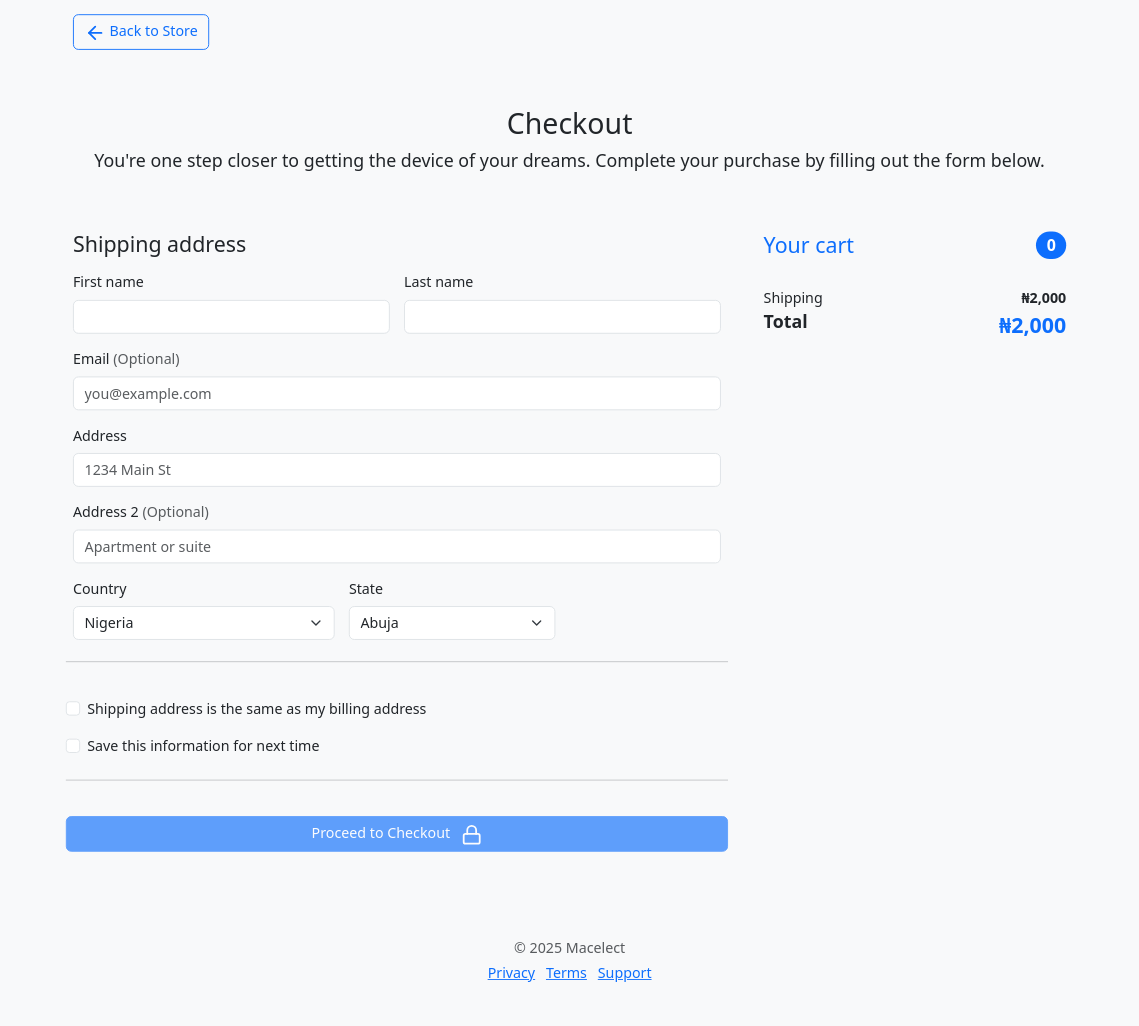
Repository: Davidobi21/macelect
Page: frontend/pages/checkout.html
These files come from the project's save history. The page is drawn as it stood at one moment and after the next save; the edit follows.
The browser window is 1280 px wide. The pictures show the whole page, at 89% of full size.

Above is the page before, as saved 2025-05-06 09:51:11.

After the next save:
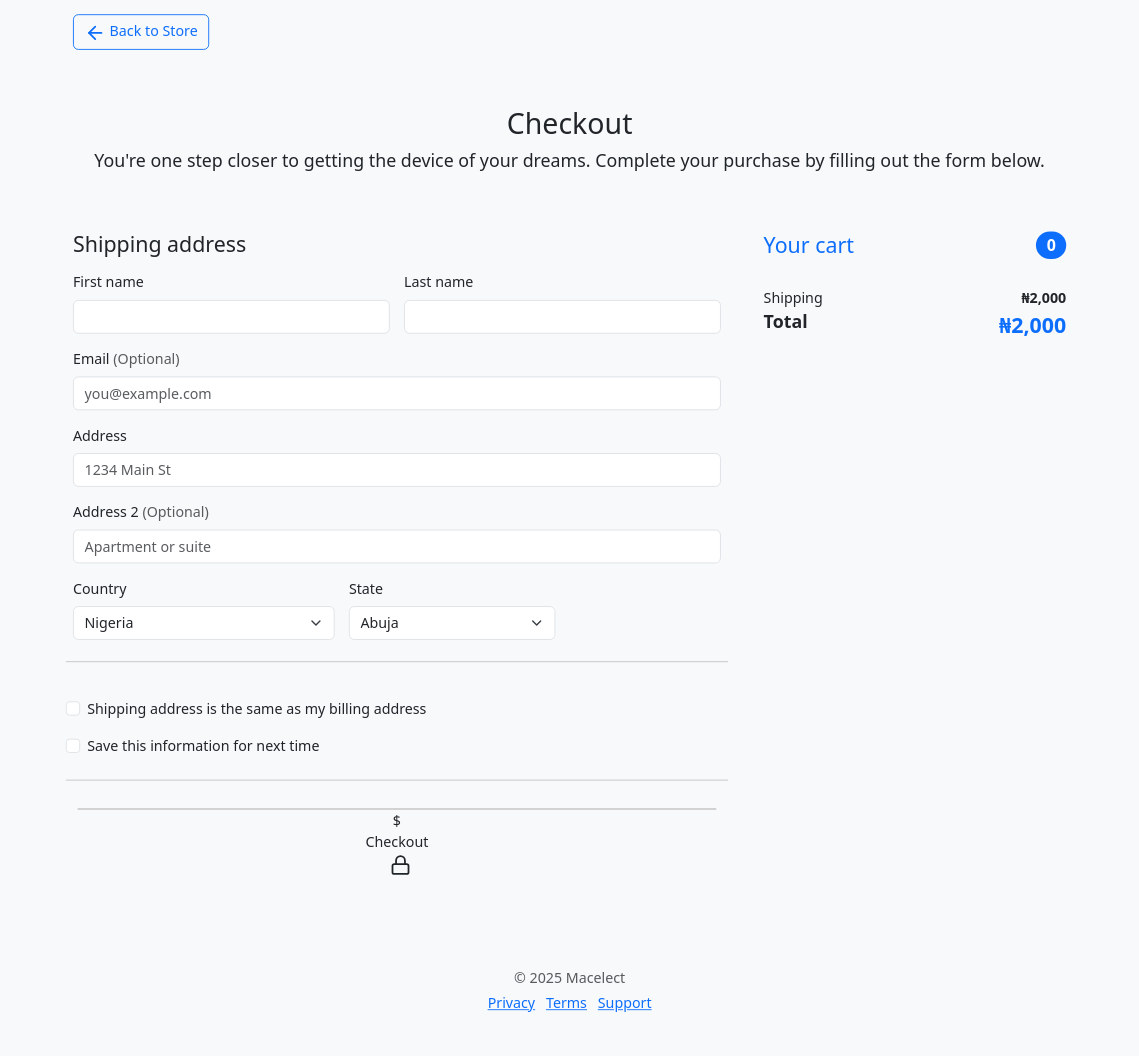
Saved 10 min 43 s later.
--- a/frontend/pages/checkout.html
+++ b/frontend/pages/checkout.html
@@ -136,13 +136,28 @@
             </div>
 
             <hr class="my-4">
-
-            <button class="btn btn-primary w-100" id="checkoutButton" disabled>
-                Proceed to Checkout
+            <div class="btn container" id="checkoutButton" disabled>
+              <div class="left-side">
+                <div class="card">
+                  <div class="card-line"></div>
+                  <div class="buttons"></div>
+                </div>
+                <div class="post">
+                  <div class="post-line"></div>
+                  <div class="screen">
+                    <div class="dollar">$</div>
+                  </div>
+                  <div class="numbers"></div>
+                  <div class="numbers-line2"></div>
+                </div>
+              </div>
+              <div class="right-side">
+                <div class="new">Checkout</div>
                 <span id="padlockWrapper" class="ms-2">
                   <i id="padlockIcon" data-lucide="lock"></i>
                 </span>
-              </button>
+              </div>
+            </div>
           </form>
         </div>
       </div>
